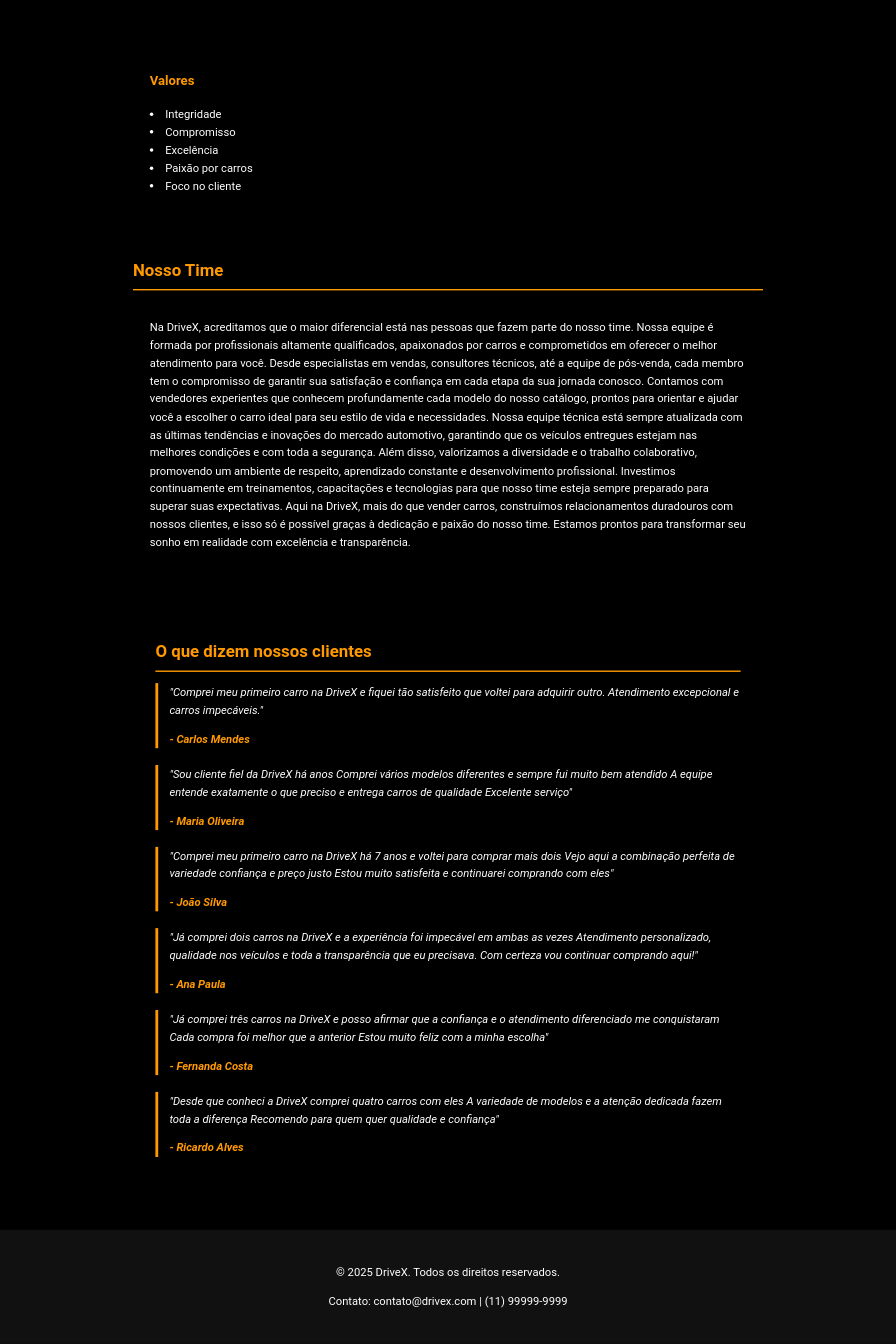
Repository: Mateushlp/DriveX
Page: sobre.html
The author's editor kept a copy of each file at every save. The page is drawn from the files as they stood at one save, then again after a run of saves.
The browser window is 1280 px wide. The pictures show the part of the page from y = 1327 to 3247 px (the page is 3247 px tall), at 70% of full size.

Above is the page before, as saved 2025-06-23 22:47:48.

### sobre.html
<!DOCTYPE html>
<html lang="pt-BR">
<head>
  <meta charset="UTF-8" />
  <meta name="viewport" content="width=device-width, initial-scale=1" />
  <title>DriveX - Sobre Nós</title>
  <link rel="stylesheet" href="sobre.css" />
</head>
<body>
  <header class="cabecalho">
    <div class="container">
      <h1>DriveX</h1>
      <nav>
        <ul class="menu">
          <li><a href="index.html">Início</a></li>
          <li><a href="carros.html">Carros</a></li>
          <li><a href="contato.html">Contato</a></li>
          <li><a href="sobre.html" class="ativo">Sobre</a></li>
        </ul>
      </nav>
    </div>
  </header>

  <main class="container">
    <section class="historia">
      <h2>Nossa História</h2>
      <p>
        A DriveX nasceu em 2015 da paixão de um grupo de entusiastas automotivos que queria transformar o mercado de carros de luxo no Brasil. Fundada em São Paulo, nossa empresa começou pequena, mas com uma grande missão: entregar muito mais que veículos, proporcionar experiências únicas e conquistar clientes com confiança e excelência.

Desde o começo, focamos em oferecer uma seleção exclusiva dos modelos mais desejados, sempre com a garantia de procedência e qualidade. Acreditamos que comprar um carro não é só uma transação, mas uma jornada repleta de emoção e satisfação. Por isso, investimos em um atendimento personalizado, escutando atentamente o que cada cliente busca, para encontrar o carro ideal que combina com seu estilo de vida e necessidades.

Ao longo dos anos, nossa equipe cresceu, formada por profissionais altamente qualificados que compartilham da mesma paixão pelos automóveis e pelo atendimento diferenciado. Incorporamos tecnologias avançadas em nosso processo, desde a busca e avaliação dos carros até o pós-venda, garantindo total transparência e segurança em todas as etapas.

Expandimos nosso catálogo com marcas icônicas como Ferrari, Mercedes-Benz, BMW, Porsche, entre outras, sempre com foco em veículos que unem design, potência e conforto. Além disso, oferecemos uma estrutura completa, que inclui financiamento facilitado, seguro personalizado e assistência técnica especializada.

A DriveX também acredita na importância da sustentabilidade e inovação, buscando continuamente alternativas que impactem positivamente o meio ambiente e a sociedade, alinhando luxo e responsabilidade.

Hoje, com uma base sólida e uma carteira crescente de clientes satisfeitos, somos reconhecidos nacionalmente como uma referência no segmento de carros de luxo e esportivos. Nosso compromisso é continuar evoluindo, acompanhando as tendências do mercado e as expectativas dos nossos clientes, para que cada compra seja o início de uma relação duradoura e de confiança.

Seja você um cliente pela primeira vez ou um entusiasta que já nos escolheu diversas vezes, na DriveX você encontrará não só o carro dos seus sonhos, mas também uma equipe dedicada a tornar essa experiência inesquecível.


      </p>
    </section>

    <section class="missao-visao-valores">
      <h2>Missão, Visão e Valores</h2>
      <div class="mvvs">
        <article>
          <h3>Missão</h3>
          <p>Na DriveX, nossa missão vai além de simplesmente vender carros. Estamos comprometidos em proporcionar uma experiência única e memorável para cada cliente, entendendo suas expectativas e oferecendo veículos que combinam luxo, desempenho e inovação. Buscamos constantemente a excelência em atendimento, qualidade dos produtos e transparência em todas as negociações. Nosso objetivo é construir relacionamentos duradouros, fundamentados na confiança e satisfação, garantindo que cada compra seja o início de uma parceria sólida. Além disso, investimos em tecnologias e processos que facilitem a vida do consumidor, tornando o processo de compra ágil, seguro e personalizado. A DriveX também tem o compromisso de atuar com responsabilidade social e ambiental, promovendo práticas sustentáveis e incentivando o uso consciente dos recursos.</p>
        </article>
        <article>
          <h3>Visão</h3>
          <p>Nossa visão é ser referência nacional no mercado de carros de luxo e esportivos, reconhecida por sua inovação, qualidade e atendimento diferenciado. Almejamos liderar o setor, antecipando tendências e trazendo as melhores opções para nossos clientes, sempre alinhados com as necessidades e desejos do público mais exigente. Pretendemos expandir nossa atuação para novas regiões e mercados, mantendo a excelência e a ética que nos definem. Buscamos ser pioneiros na adoção de tecnologias sustentáveis e soluções digitais que transformem a experiência de compra e uso do automóvel. Queremos que a DriveX seja sinônimo de confiança, luxo acessível e paixão sobre rodas, estabelecendo um padrão elevado de qualidade e inovação no segmento automotivo.</p>
        </article>
        <article>
          <h3>Valores</h3>
          <ul>
            <li>Integridade</li>
            <li>Compromisso</li>
            <li>Excelência</li>
            <li>Paixão por carros</li>
            <li>Foco no cliente</li>
          </ul>
        </article>
      </div>
    </section>

    <section class="time">
      <h2>Nosso Time</h2>
      <p>
       Na DriveX, acreditamos que o maior diferencial está nas pessoas que fazem parte do nosso time. Nossa equipe é formada por profissionais altamente qualificados, apaixonados por carros e comprometidos em oferecer o melhor atendimento para você. Desde especialistas em vendas, consultores técnicos, até a equipe de pós-venda, cada membro tem o compromisso de garantir sua satisfação e confiança em cada etapa da sua jornada conosco.

Contamos com vendedores experientes que conhecem profundamente cada modelo do nosso catálogo, prontos para orientar e ajudar você a escolher o carro ideal para seu estilo de vida e necessidades. Nossa equipe técnica está sempre atualizada com as últimas tendências e inovações do mercado automotivo, garantindo que os veículos entregues estejam nas melhores condições e com toda a segurança.

Além disso, valorizamos a diversidade e o trabalho colaborativo, promovendo um ambiente de respeito, aprendizado constante e desenvolvimento profissional. Investimos continuamente em treinamentos, capacitações e tecnologias para que nosso time esteja sempre preparado para superar suas expectativas.

Aqui na DriveX, mais do que vender carros, construímos relacionamentos duradouros com nossos clientes, e isso só é possível graças à dedicação e paixão do nosso time. Estamos prontos para transformar seu sonho em realidade com excelência e transparência.
      </p>
    </section>

    <section class="depoimentos">
      <h2>O que dizem nossos clientes</h2>
      <div class="depoimento">
        <p>"Comprei meu primeiro carro na DriveX e fiquei tão satisfeito que voltei para adquirir outro. Atendimento excepcional e carros impecáveis."</p>
        <strong>- Carlos Mendes</strong>
      </div>
      <div class="depoimento">
        <p>"Sou cliente fiel da DriveX há anos Comprei vários modelos diferentes e sempre fui muito bem atendido A equipe entende exatamente o que preciso e entrega carros de qualidade Excelente serviço"</p>
        <strong>- Maria Oliveira</strong>
      </div>
      <div class="depoimento">
        <p>"Comprei meu primeiro carro na DriveX há 7 anos e voltei para comprar mais dois Vejo aqui a combinação perfeita de variedade confiança e preço justo Estou muito satisfeita e continuarei comprando com eles"</p>
        <strong>- João Silva</strong>
      </div>
      <div class="depoimento">
        <p>"Já comprei dois carros na DriveX e a experiência foi impecável em ambas as vezes Atendimento personalizado, qualidade nos veículos e toda a transparência que eu precisava. Com certeza vou continuar comprando aqui!"</p>
        <strong>- Ana Paula</strong>
      </div>
<div class="depoimento">
        <p>"Já comprei três carros na DriveX e posso afirmar que a confiança e o atendimento diferenciado me conquistaram Cada compra foi melhor que a anterior Estou muito feliz com a minha escolha"</p>
        <strong>- Fernanda Costa</strong>
      </div>
      <div class="depoimento">
        <p>"Desde que conheci a DriveX comprei quatro carros com eles A variedade de modelos e a atenção dedicada fazem toda a diferença Recomendo para quem quer qualidade e confiança"</p>
        <strong>- Ricardo Alves</strong>
      </div>

    </section>
  </main>

  <footer class="rodape">
    <p>&copy; 2025 DriveX. Todos os direitos reservados.</p>
    <p>Contato: contato@drivex.com | (11) 99999-9999</p>
  </footer>
</body>
</html>

### sobre.css
body {
  font-family: 'Roboto', sans-serif;
  background: #000;
  margin: 0;
  color: #333;
  line-height: 1.6;
}

p{
    color: #fff
}


.cabecalho {
  background: #000;
  color: #fff;
  padding: 1rem 2rem;
}

.container {
  max-width: 900px;
  margin: auto;
}

.container > section {
  margin-bottom: 3rem;
}

.menu {
  list-style: none;
  display: flex;
  gap: 1.5rem;
  padding-left: 0;
  margin: 0;
}
li{
    color: #fff;
}
.menu li a {
  color: #fff;
  text-decoration: none;
  font-weight: 600;
}

.menu li a.ativo,
.menu li a:hover {
  color: #f90;
}

h1 {
  margin: 0;
  padding-bottom: 0.5rem;
}

h2 {
  color: #f90;
  margin-bottom: 1rem;
  border-bottom: 2px solid #f90;
  padding-bottom: 0.5rem;
}

.mvvs {
  display: flex;
  flex-wrap: wrap;
  gap: 2rem;
  justify-content: space-between;
}

.mvvs article {
  background: #000;
  border-radius: 8px;
  box-shadow: 0 2px 10px rgba(0,0,0,0.1);
  flex: 1 1 280px;
  padding: 1.5rem;
}

.mvvs h3 {
  margin-top: 0;
  color:#f90;
}

.mvvs ul {
  list-style: disc inside;
  padding-left: 0;
  margin-top: 0.5rem;
}

.time p {
  background: #000;
  padding: 1.5rem;
  border-radius: 8px;
  box-shadow: 0 2px 10px rgba(0,0,0,0.1);
}

.depoimentos {
  background: #000;
  padding: 2rem;
  border-radius: 8px;
  box-shadow: 0 2px 10px rgba(0,0,0,0.1);
}

.depoimento {
  margin-bottom: 1.5rem;
  font-style: italic;
  border-left: 4px solid #f90;
  padding-left: 1rem;
}

.depoimento strong {
  display: block;
  margin-top: 0.5rem;
  font-weight: 700;
  color: #f90;
}

.rodape {
  background: #111;
  color: #fff;
  text-align: center;
  padding: 2rem 1rem;
  margin-top: 3rem;
}

/* Responsivo */
@media (max-width: 700px) {
  .mvvs {
    flex-direction: column;
  }
}

After the next 2 saves:
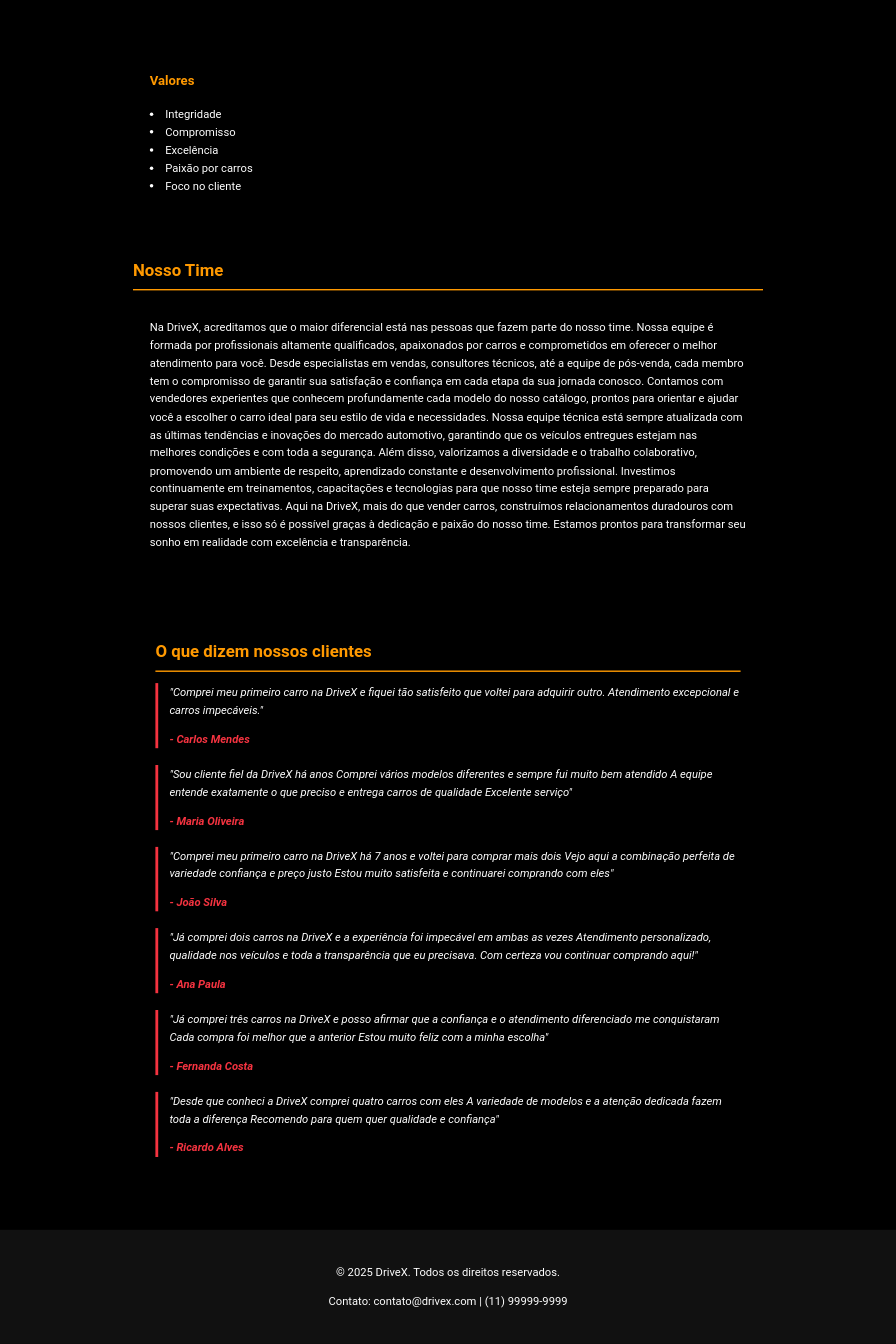
The 2 saves are shown as one change because they came seconds apart.
The last was saved 17 s later.
--- a/sobre.css
+++ b/sobre.css
@@ -102,7 +102,7 @@
 .depoimento {
   margin-bottom: 1.5rem;
   font-style: italic;
-  border-left: 4px solid #f90;
+  border-left: 4px solid #f53340;
   padding-left: 1rem;
 }
 
@@ -110,7 +110,7 @@
   display: block;
   margin-top: 0.5rem;
   font-weight: 700;
-  color: #f90;
+  color: #f53340;
 }
 
 .rodape {
